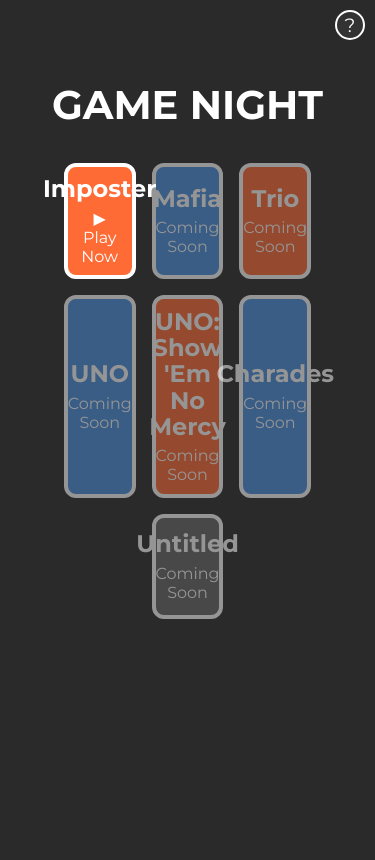
Repository: nfemmanuel/game-night-app
Page: /
An editor plug-in stored every save of this project. The page is shown before and after the next save, followed by the edit.
The browser window is 375 px wide. The pictures show the whole page.
The project was rebuilt for these pictures with package versions that can differ from the ones it lists, and the page was loaded fresh each time. Also part of the build but not shown: src/components/BackButton.jsx, src/pages/ImposterSetup.jsx, src/data/wordList.js, src/pages/ImposterReveal.jsx, src/pages/ImposterVoting.jsx.

Above is the page before, as saved 2026-01-03 10:27:54.

After the next save:
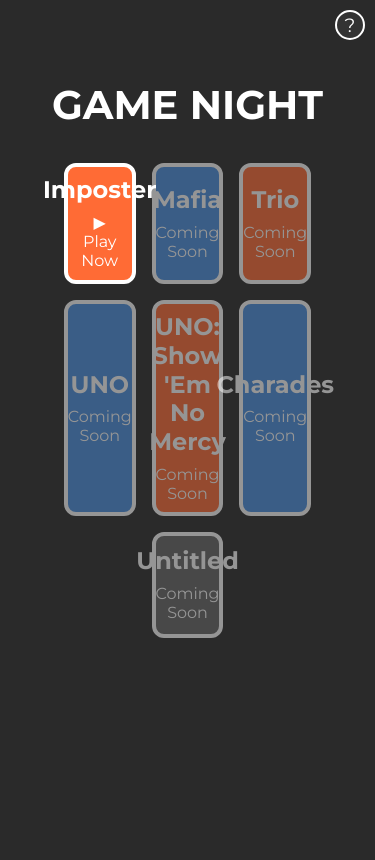
Saved 22 min 32 s later.
--- a/src/components/GameCard.module.css
+++ b/src/components/GameCard.module.css
@@ -89,8 +89,8 @@
         border-width: 4px;
     }
 
-    .card h2 {
-        font-size: 20;
+    .h2 {
+        font-size: 20%;
         /* Even smaller */
         margin-bottom: 3px;
         line-height: 1.1;

After the 2 saves that followed:
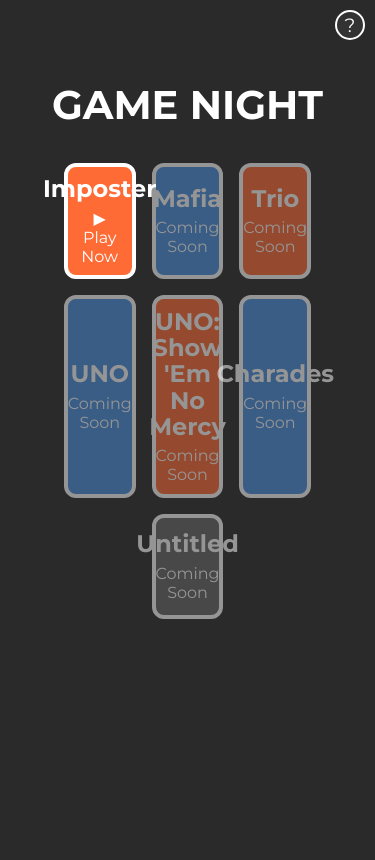
The 2 saves are shown as one change because 1 left the picture as it was.
The last was saved 96 s later.
--- a/src/components/GameCard.module.css
+++ b/src/components/GameCard.module.css
@@ -14,7 +14,7 @@
 }
 
 .card h2 {
-    font-size: 1.8rem;
+    font-size: 1.8px;
     margin: 0;
 }
 
@@ -89,7 +89,7 @@
         border-width: 4px;
     }
 
-    .h2 {
+    .card h2 {
         font-size: 20%;
         /* Even smaller */
         margin-bottom: 3px;
